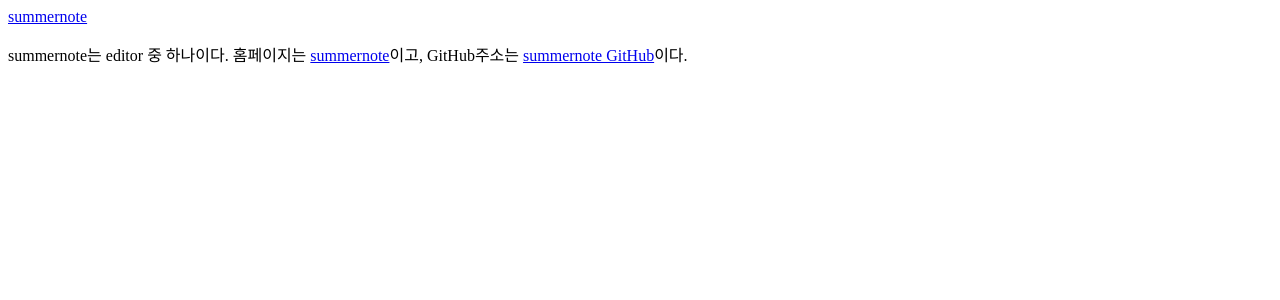
Repository: Dasommm/modularity
Page: summernote_module/summernote_module/WebContent/index.html
The author's editor kept a copy of each file at every save. The page is drawn from the files as they stood at one save, then again after the next save.
The browser window is 1280 px wide. The pictures show the whole page.

Above is the page before, as saved 2020-03-27 08:55:16.

### summernote_module/summernote_module/WebContent/index.html

<!DOCTYPE html>
<html>
<head>
<meta charset="UTF-8">
<title>Insert title here</title>

</head>
<body>

	<a href="summernote.jsp">summernote</a>
	<p>summernote는 editor 중 하나이다.
	홈페이지는 <a href="http://summernote.org/">summernote</a>이고,
	GitHub주소는 <a href="https://github.com/summernote/summernote">summernote GitHub</a>이다.</p>

</body>
</html>

After the next save:
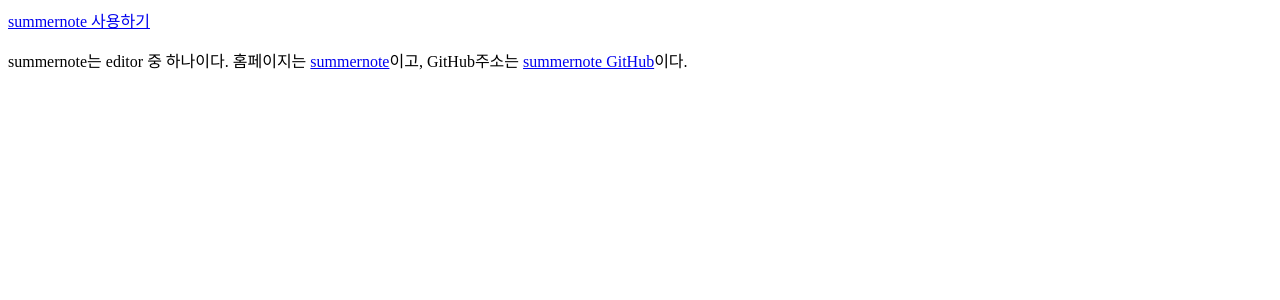
Saved 28 s later.
--- a/summernote_module/summernote_module/WebContent/index.html
+++ b/summernote_module/summernote_module/WebContent/index.html
@@ -8,7 +8,7 @@
 </head>
 <body>
 
-	<a href="summernote.jsp">summernote</a>
+	<a href="summernote.jsp">summernote 사용하기</a>
 	<p>summernote는 editor 중 하나이다.
 	홈페이지는 <a href="http://summernote.org/">summernote</a>이고,
 	GitHub주소는 <a href="https://github.com/summernote/summernote">summernote GitHub</a>이다.</p>
